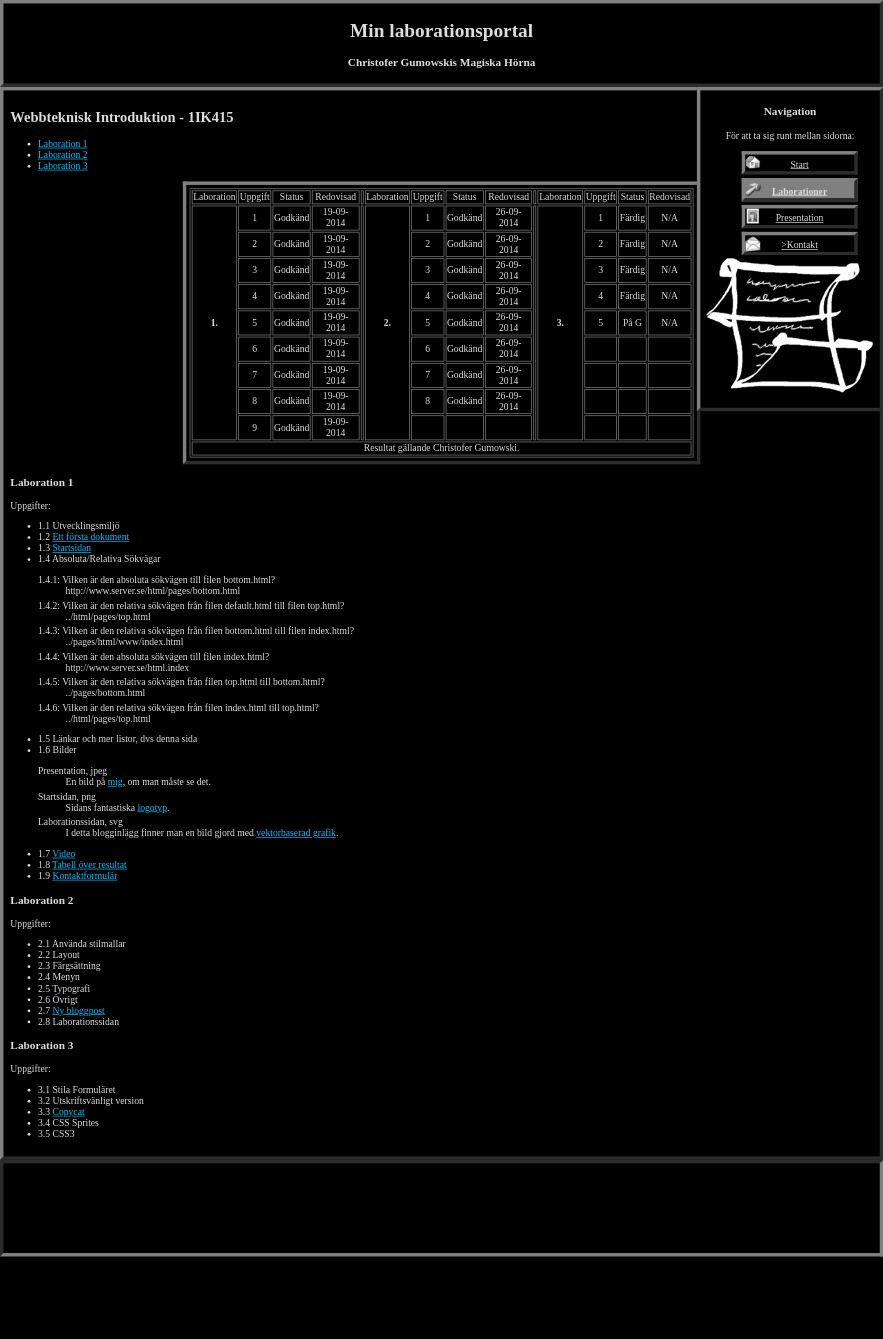
Repository: cg222im/1IK415_cg222im
Page: pages/laborationer.html
The author's editor kept a record of every edit. The page is drawn from the files as they stood at one moment, then again after the next edit.
The browser window is 1280 px wide. The pictures show the whole page, at 69% of full size.

Above is the page before.

### pages/laborationer.html
<!doctype html>
<html lang="sv">

<head>
    <meta charset="UTF-8" />
    <title>laborationer</title>
    <link rel="stylesheet" media="screen" href="../css/style.css" />
    <link rel="stylesheet" media="print" href="../css/print.css" />
</head>

<body>
    <div id="wrapper">

        <div class="doprint">
            <div id="header">
                <h1>Min laborationsportal</h1>
                <h3>Christofer Gumowskis Magiska Hörna</h3>
            </div>

            <div class="donotprint">
                <div id="nav">
                    <h3>Navigation</h3>
                    <p>För att ta sig runt mellan sidorna:</p>
                    <ul class="navmenu">
                        <li id="start"><a href="../index.html">Start</a>
                        </li>
                        <li id="laborationer"><a href="laborationer.html" id="active">Laborationer</a>
                        </li>
                        <li id="presentation"><a href="presentation.html">Presentation</a>
                        </li>
                        <li id="kontakt"><a href="kontakt.html">>Kontakt</a>
                        </li>
                    </ul>
                    <div id="logo"></div>
                </div>
            </div>

            <div id="main">
                <h2>Webbteknisk Introduktion - 1IK415</h2>

                <ul>
                    <li><a href="#Laboration1">Laboration 1</a>
                    </li>
                    <li><a href="#Laboration2">Laboration 2</a>
                    </li>
                    <li><a href="#Laboration3">Laboration 3</a>
                    </li>
                </ul>

                <div id="table">
                    <!--Uppställd resultattabell-->
                    <a id="resultat"></a>
                    <table>
                        <thead>
                            <tr>
                                <td>Laboration</td>
                                <td>Uppgift</td>
                                <td>Status</td>
                                <td>Redovisad</td>

                                <td></td>

                                <td>Laboration</td>
                                <td>Uppgift</td>
                                <td>Status</td>
                                <td>Redovisad</td>

                                <td></td>

                                <td>Laboration</td>
                                <td>Uppgift</td>
                                <td>Status</td>
                                <td>Redovisad</td>
                            </tr>
                        </thead>

                        <tfoot>
                            <tr>
                                <td colspan="14">Resultat gällande Christofer Gumowski.</td>
                            </tr>
                        </tfoot>

                        <!--Följande kod är något komprimerad för att spara plats-->
                        <tbody>

                            <tr>
                                <th rowspan="14">1.</th>
                                <td>1</td>
                                <td>Godkänd</td>
                                <td>19-09-2014</td>
                                <th rowspan="14"></th>
                                <th rowspan="14">2.</th>
                                <td>1</td>
                                <td>Godkänd</td>
                                <td>26-09-2014</td>
                                <th rowspan="14"></th>
                                <th rowspan="14">3.</th>
                                <td>1</td>
                                <td>Färdig</td>
                                <td>N/A</td>
                            </tr>
                            <tr>
                                <td>2</td>
                                <td>Godkänd</td>
                                <td>19-09-2014</td>
                                <td>2</td>
                                <td>Godkänd</td>
                                <td>26-09-2014</td>
                                <td>2</td>
                                <td>Färdig</td>
                                <td>N/A</td>
                            </tr>
                            <tr>
                                <td>3</td>
                                <td>Godkänd</td>
                                <td>19-09-2014</td>
                                <td>3</td>
                                <td>Godkänd</td>
                                <td>26-09-2014</td>
                                <td>3</td>
                                <td>Färdig</td>
                                <td>N/A</td>
                            </tr>
                            <tr>
                                <td>4</td>
                                <td>Godkänd</td>
                                <td>19-09-2014</td>
                                <td>4</td>
                                <td>Godkänd</td>
                                <td>26-09-2014</td>
                                <td>4</td>
                                <td>Färdig</td>
                                <td>N/A</td>
                            </tr>
                            <tr>
                                <td>5</td>
                                <td>Godkänd</td>
                                <td>19-09-2014</td>
                                <td>5</td>
                                <td>Godkänd</td>
                                <td>26-09-2014</td>
                                <td>5</td>
                                <td>På G</td>
                                <td>N/A</td>
                            </tr>
                            <tr>
                                <td>6</td>
                                <td>Godkänd</td>
                                <td>19-09-2014</td>
                                <td>6</td>
                                <td>Godkänd</td>
                                <td>26-09-2014</td>
                                <td></td>
                                <td></td>
                                <td></td>
                            </tr>
                            <tr>
                                <td>7</td>
                                <td>Godkänd</td>
                                <td>19-09-2014</td>
                                <td>7</td>
                                <td>Godkänd</td>
                                <td>26-09-2014</td>
                                <td></td>
                                <td></td>
                                <td></td>
                            </tr>
                            <tr>
                                <td>8</td>
                                <td>Godkänd</td>
                                <td>19-09-2014</td>
                                <td>8</td>
                                <td>Godkänd</td>
                                <td>26-09-2014</td>
                                <td></td>
                                <td></td>
                                <td></td>
                            </tr>
                            <tr>
                                <td>9</td>
                                <td>Godkänd</td>
                                <td>19-09-2014</td>
                                <td></td>
                                <td></td>
                                <td></td>
                                <td></td>
                                <td></td>
                                <td></td>
                            </tr>
                        </tbody>
                    </table>
                </div>

                <a id="Laboration1"></a>
                <h3>Laboration 1</h3>
                <p>Uppgifter:</p>
                <ul>
                    <li>1.1 Utvecklingsmiljö</li>
                    <li>1.2 <a href="../README.md">Ett första dokument</a>
                    </li>
                    <li>1.3 <a href="../index.html">Startsidan</a>
                    </li>
                    <li>1.4 Absoluta/Relativa Sökvägar
                        <dl>
                            <dt>1.4.1: Vilken är den absoluta sökvägen till filen bottom.html?</dt>
                            <dd>http://www.server.se/html/pages/bottom.html</dd>
                            <dt>1.4.2: Vilken är den relativa sökvägen från filen default.html till filen top.html?</dt>
                            <dd>../html/pages/top.html</dd>
                            <dt>1.4.3: Vilken är den relativa sökvägen från filen bottom.html till filen index.html?</dt>
                            <dd>../pages/html/www/index.html</dd>
                            <dt>1.4.4: Vilken är den absoluta sökvägen till filen index.html?</dt>
                            <dd>http://www.server.se/html.index</dd>
                            <dt>1.4.5: Vilken är den relativa sökvägen från filen top.html till bottom.html?</dt>
                            <dd>../pages/bottom.html</dd>
                            <dt>1.4.6: Vilken är den relativa sökvägen från filen index.html till top.html?</dt>
                            <dd>../html/pages/top.html</dd>
                        </dl>
                    </li>
                    <li>1.5 Länkar och mer listor, dvs denna sida</li>
                    <li>1.6 Bilder
                        <dl>
                            <dt>Presentation, jpeg</dt>
                            <dd>En bild på <a href="presentation.html#portrait">mig</a>, om man måste se det.</dd>
                            <dt>Startsidan, png</dt>
                            <dd>Sidans fantastiska <a href="../pics/logo.png">logotyp</a>.</dd>
                            <dt>Laborationssidan, svg</dt>
                            <dd>I detta blogginlägg finner man en bild gjord med <a href="../index.html#svgBlogg">vektorbaserad grafik</a>.</dd>
                        </dl>
                    </li>
                    <li>1.7 <a href="../index.html#trailer">Video</a>
                    </li>
                    <li>1.8 <a href="#resultat">Tabell över resultat</a>
                    </li>
                    <li>1.9 <a href="kontakt.html">Kontaktformulär</a>
                    </li>
                </ul>

                <a id="Laboration2"></a>
                <h3>Laboration 2</h3>
                <p>Uppgifter:</p>
                <ul>
                    <li>2.1 Använda stilmallar</li>
                    <li>2.2 Layout</li>
                    <li>2.3 Färgsättning</li>
                    <li>2.4 Menyn</li>
                    <li>2.5 Typografi</li>
                    <li>2.6 Övrigt</li>
                    <li>2.7 <a href="../index.html#treeblogg">Ny bloggpost</a></li>
                    <li>2.8 Laborationssidan</li>
                </ul>

                <a id="Laboration3"></a>
                <h3>Laboration 3</h3>
                <p>Uppgifter:</p>
                <ul>
                    <li>3.1 Stila Formuläret</li>
                    <li>3.2 Utskriftsvänligt version</li>
                    <li>3.3 <a href="https://preview.c9.io/cg222im/uppgift-3-3/index.html?_c9_id=livepreview4&_c9_host=https://ide.c9.io">Copycat</a></li>
                    <li>3.4 CSS Sprites</li>
                    <li>3.5 CSS3</li>

                </ul>

            </div>

        </div>

        <div id="footer">

        </div>

    </div>

</body>

</html>

### css/style.css
html, body {height: 100%;}
dt {margin-top: 5px;}
h1, h2, h3 { color: #DCDCDC;}
h4 { color: #D3D3D3; text-decoration: underline; }

a:link { color: #00BFFF; }
a:visited { color: purple; }
a:focus { color: yellow; }
a:hover { color: yellow; }
a:active { color: silver; }

body {
    background-color: black;
    font-family: "Times New Roman", Helvetica, Arial, sans-serif;
    font-size: 14px;
    width: 1280px;
    color: #DCDCDC;
    text-align: center;
    margin: auto auto;
}

#wrapper {
    background-color: black;
    min-height: 100%;
    margin: 0 auto -120px auto;
    width: 1280px;
}

#header {
    border-style: outset;
    border-width: 5px;
    border-color: gray;
    background-color:black;
    color: #DCDCDC;
    text-align: center;
    padding: 5px;
    margin: auto 0 auto 0;
}

#main {
    border-style: outset;
    border-width: 5px;
    border-color: gray;
    background-color: black;
    color: #DCDCDC;
    text-align: left;
    padding: 10px;
    margin: auto 0 auto 0;
}

#bloglist {
    border-style: inset;
    border-width: 5px;
    border-color: gray;
    background-color: black;
    color: #DCDCDC;
    text-align: left;
    width: 800px;
}

/* För att få sticky footer */
#wrapper:after {
    content:"";
    display:block;
    height: 120px;
}
#footer {
    border-style: inset;
    border-width: 5px;
    border-color: gray;
    background-color: black;
    color: #DCDCDC;
    clear: both;
    text-align: center;
    padding: 5px;
    height: 120pX;
    margin: 0 auto 0 auto;
}

/* Lab table */
#table {
    text-align: center;
    margin: 0 auto auto auto;

    /* width behöver justers efter varje lab, samt sedan ny rad */
    width: 730px;
    height: 390px;

    border-style: outset;
    border-width: 5px;
    border-color: gray;
    background-color:black;
    color: #DCDCDC;
    padding: 5px;
}
table, th, td {
    border: 1px;
    border-style: solid;
    border-color: gray;
}
/* */

/* kontakt-form */
#form {
    height: 100%;
    width: 400px;
    /*  margin-bottom negativt tal för att få navigationen att ligga rätt, men footern har fortfarande avstånd? */
    margin: 50px auto 0 auto;
    border-style: outset;
    border-width: 5px;
    border-color: gray;
    background-color:black;
    color: #DCDCDC;
    padding: 5px;
}

/* Nav-menu */
#nav {
    margin-right: 0px;
    padding: 5;
    width:250px;
    border-style: outset;
    border-width: 5px;
    border-color:gray;
    background-color: black;
    color: #DCDCDC;
    height: 450px;
    float: right;
    padding: 5px;
}
.navmenu {
    list-style: none;
    margin: auto 40px auto 0;
    width: 55%;
}
.navmenu li a:hover {
    background-color: gray;
    color: yellow;
}
.navmenu li a:focus {
    background-color: gray;
    color: yellow;
}
/* Sprites */
#start a { background-position: 0 -48px; }
#start a:hover { background-position: 0 0; }
#laborationer a { background-position: 0 -144px; }
#laborationer a:hover { background-position: 0 -96px; }
#presentation a { background-position: 0 -240px; }
#presentation a:hover { background-position: 0 -192px; }
#kontakt a { background-position: 0 -334px; }
#kontakt a:hover { background-position: 0 -286px; }
/* */
.navmenu li a {
    line-height: 30px;
    border-style: outset;
    border-width: 5px;
    border-color: gray;
    background-color: black;
    color: #DCDCDC;
    display: block;
    width: 100%;
    padding: 0px 10px;
    background: url(pics/sprite.png) 0 0;
    background-repeat: no-repeat;

    height: 24px;
    margin: 5px 0 0px 15px;
}
#active {
    display: block;
    font-weight: bold;
    background-color: gray;
}
/* Logo, endast för #nav */
#logo {
    display: block;
    height: 200px;
    background-image: url(pics/logo2.png);
}
/* End Nav menu */

/* thumb bild för blogginlägg */
.thumb {
    display: block;
    height: 16px;
    width: 20px;
    background-image: url(pics/thumb2.png);
    float: left;
    margin: 2px;
}

/* Blog pic formatting */
.rightBlog {
    float: right;
    border-style: outset;
    border-width: 5px;
    border-color: gray;
}
img.rightBlog {
    float: right;
    margin-right: 20px;
}
.leftBlog {
    float: left;
    margin: 10px;
    border-style: inset;
    border-width: 5px;
    border-color: gray;
}
.center {
    display: block;
    margin: 20px auto 20px auto;
}
/* */

Loaded but not shown: css/print.css (no copy from this time; the picture is the same without it)

After the next edit:
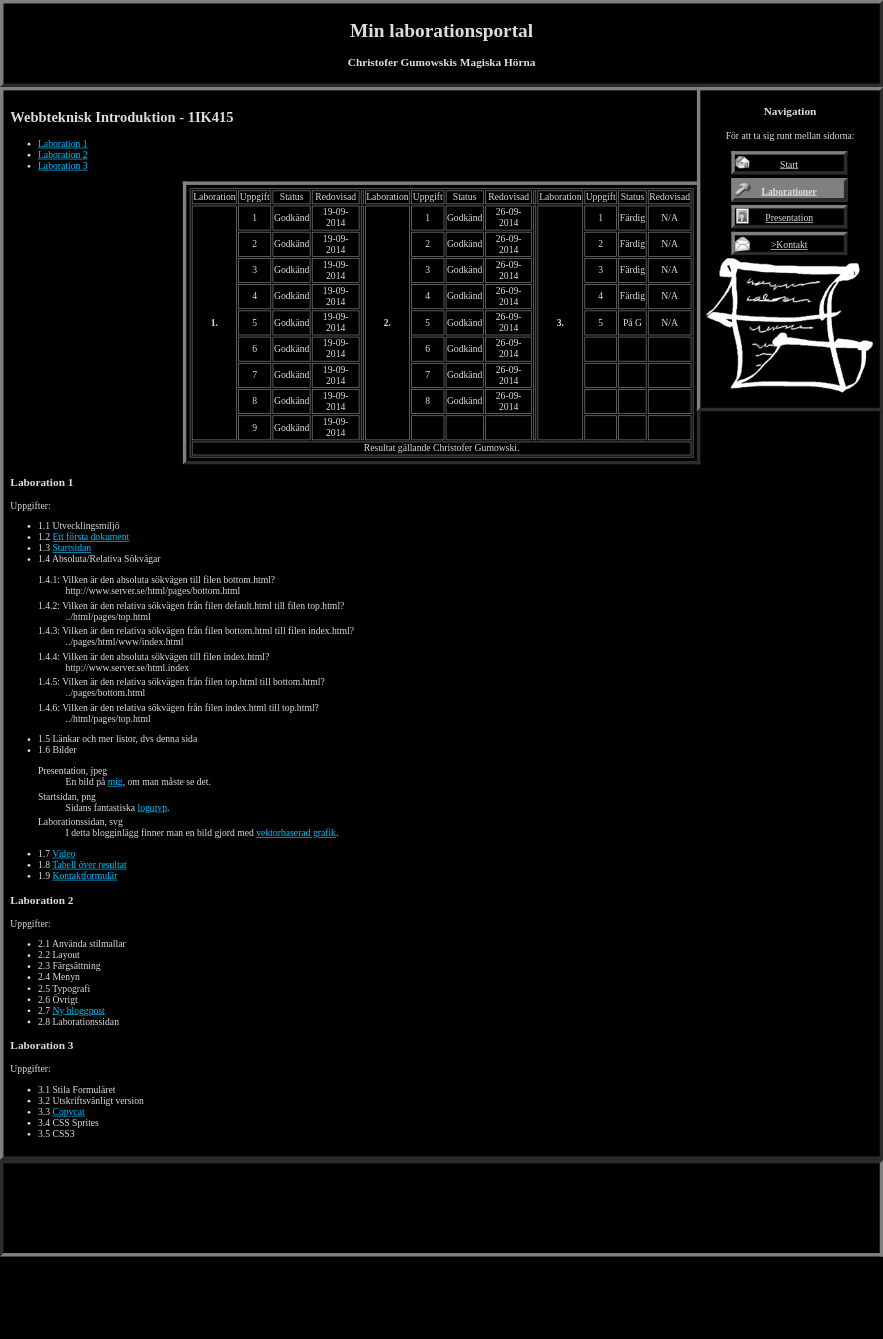
The edit:
--- a/css/style.css
+++ b/css/style.css
@@ -165,7 +165,7 @@
     background-repeat: no-repeat;
 
     height: 24px;
-    margin: 5px 0 0px 15px;
+    margin: 5px 0px 0px 0px;
 }
 #active {
     display: block;
